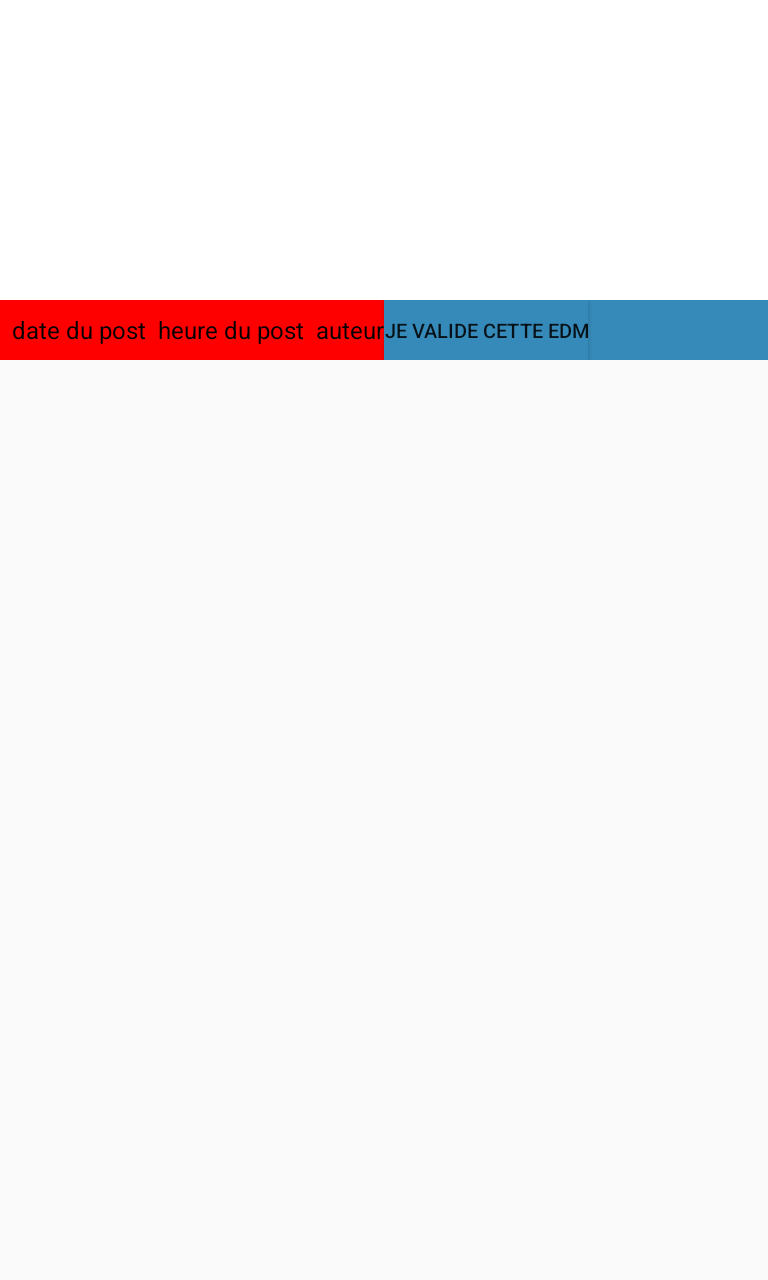
Repository: pierrealexvezinet/excusedemerde
Layout: edm/res/layout/edm_textview_layout.xml
The author's editor kept a copy of each file at every save. The layout is drawn from the files as they stood at one save, then again after the next save.
It is drawn on a 768 x 1280 px phone screen (xhdpi) without system bars, with theme Theme.AppCompat.Light; the app's code is not run.

Above is the layout before, as saved 2014-02-16 22:17:23.

After the next save:
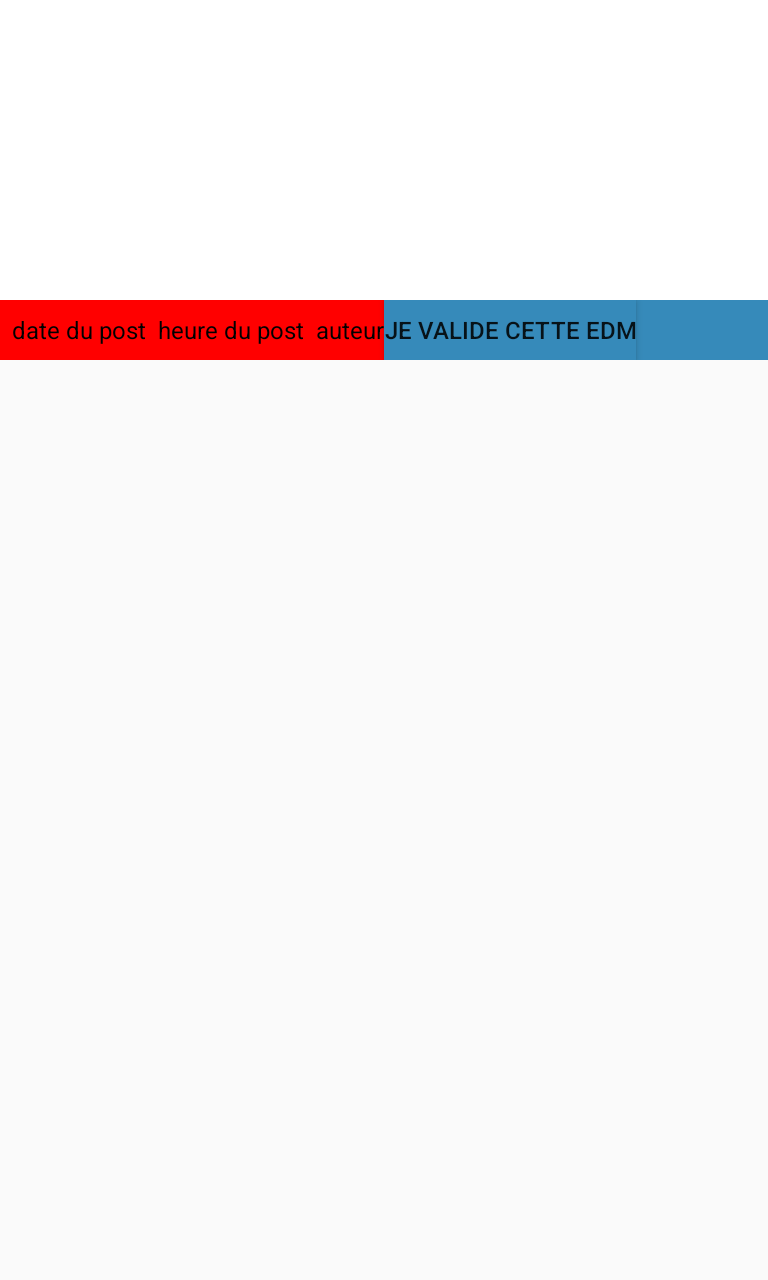
Saved 9 s later.
--- a/edm/res/layout/edm_textview_layout.xml
+++ b/edm/res/layout/edm_textview_layout.xml
@@ -84,7 +84,7 @@
             android:layout_width="wrap_content"
             android:layout_height="wrap_content"
             android:layout_alignParentTop="true"
-            android:textSize="10sp"
+            android:textSize="12sp"
                 android:background="@color/edm_blue_dark_background"
             android:layout_toRightOf="@+id/tv_edm_post_auteur"
             android:text="@string/text_btn_valider_edm"/>
